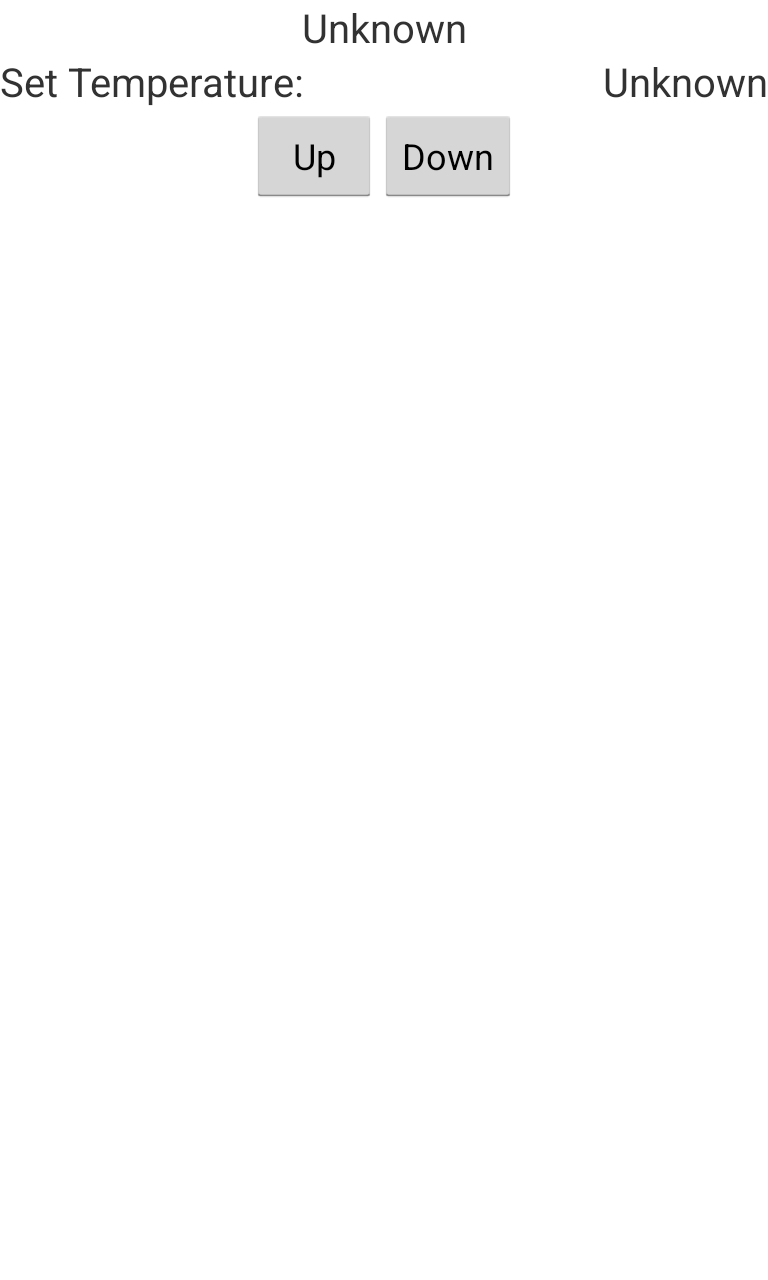
Repository: finerrecliner/SmartVent
Layout: SmartVent/res/layout/activity_room.xml
An editor plug-in stored every save of this project. The layout is shown before and after the next save, followed by the edit.
It is drawn on a 768 x 1280 px phone screen (xhdpi) without system bars, with theme AppTheme; the app's code is not run.

Above is the layout before, as saved 2013-11-03 16:31:28.

After the next save:
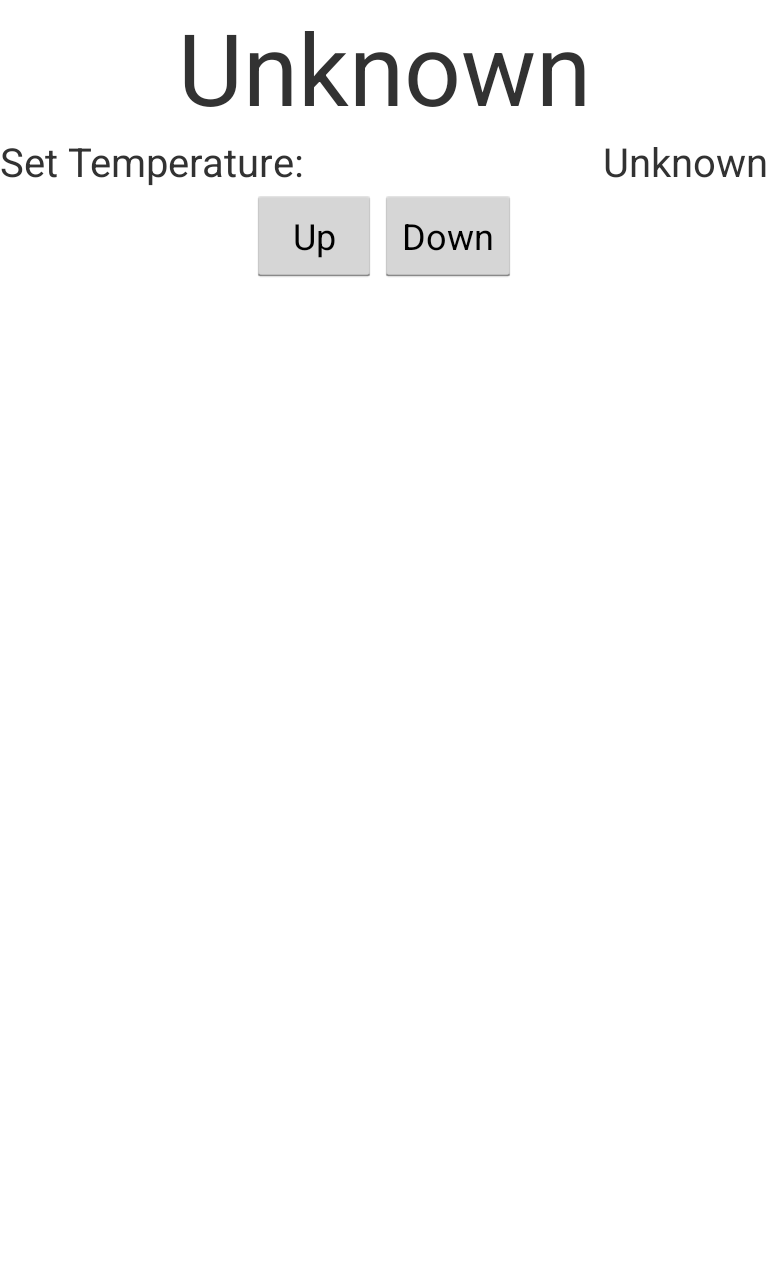
Saved 5 s later.
--- a/SmartVent/res/layout/activity_room.xml
+++ b/SmartVent/res/layout/activity_room.xml
@@ -16,7 +16,7 @@
             android:layout_width="fill_parent"
             android:layout_height="wrap_content"
             android:gravity="center"
-            android:textSize="20sp"
+            android:textSize="50sp"
             android:text="@string/unknown" />
 
     </LinearLayout>
